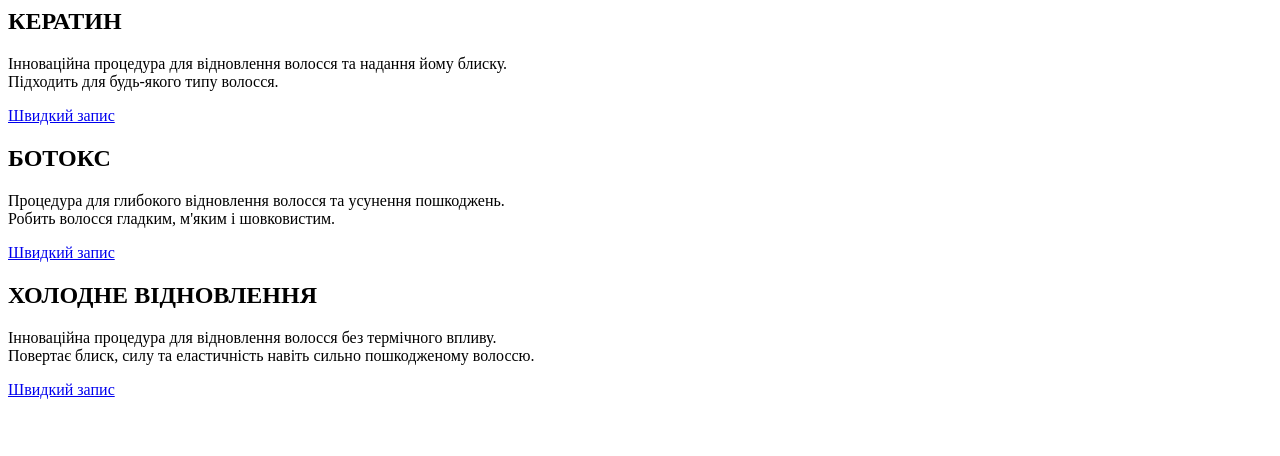
Repository: DianaKey/Keratin
Page: index.scroll.partial.html
An editor plug-in stored every save of this project. The page is shown before and after the next save, followed by the edit.
The browser window is 1280 px wide. The pictures show the whole page.

Above is the page before, as saved 2025-09-04 12:50:46.

After the next save:
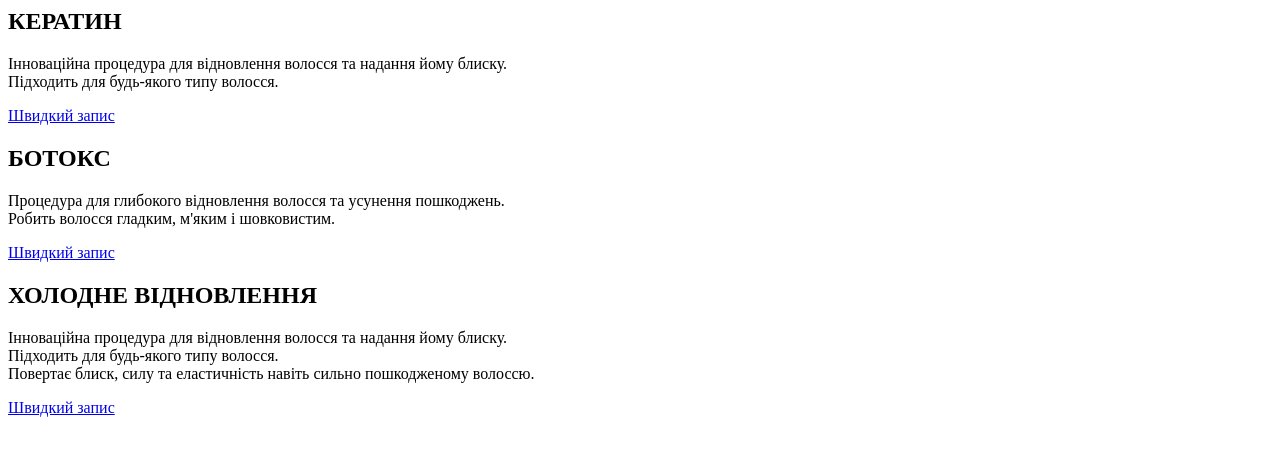
Saved 28 s later.
--- a/index.scroll.partial.html
+++ b/index.scroll.partial.html
@@ -27,7 +27,8 @@
   <div class="hero-section__content js-reveal">
     <h2 class="hero-section__title">ХОЛОДНЕ ВІДНОВЛЕННЯ</h2>
     <p class="hero-section__text">
-      Інноваційна процедура для відновлення волосся без термічного впливу.<br />
+      Інноваційна процедура для відновлення волосся та надання йому блиску.<br />
+      Підходить для будь-якого типу волосся.<br />
       Повертає блиск, силу та еластичність навіть сильно пошкодженому волоссю.<br />
     </p>
     <a class="hero-section__btn" href="#">Швидкий запис</a>
